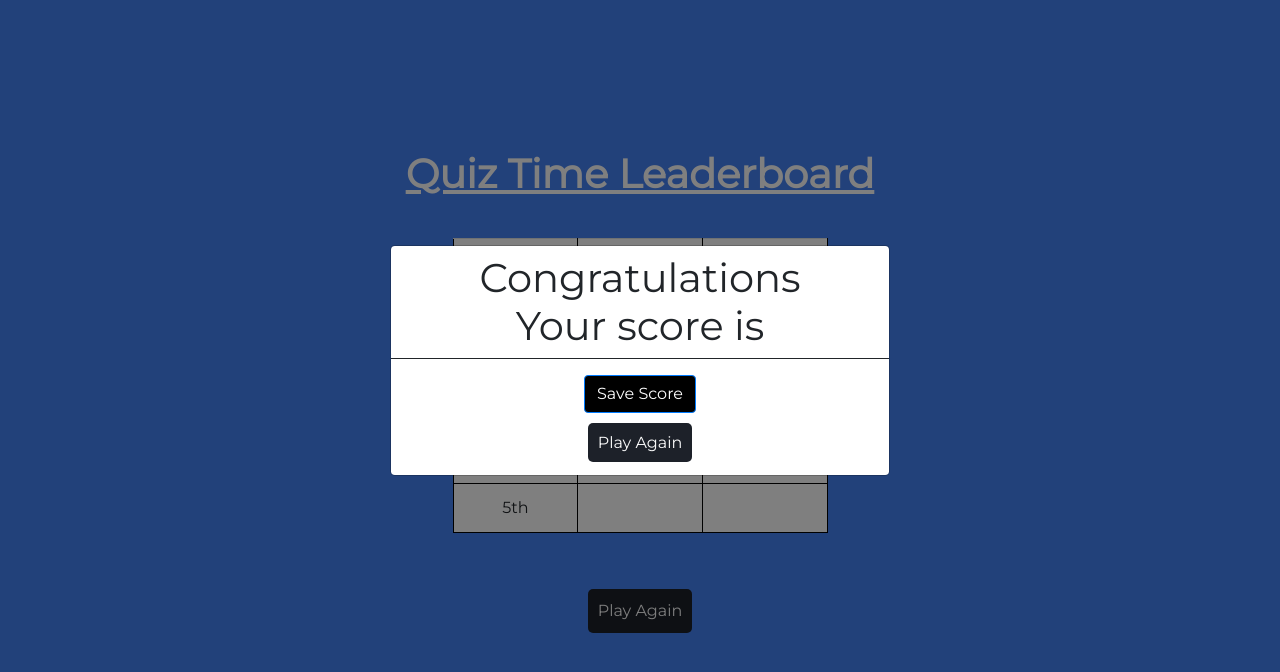
Repository: Code-Institute-Submissions/quiz-1
Page: leaderboard.html
The author's editor kept a record of every edit. The page is drawn from the files as they stood at one moment, then again after the next edit.
The browser window is 1280 px wide. The pictures show the window.
A layer covers the whole window, so only the first screen is drawn.

Above is the page before.
Console error: TypeError: Cannot set properties of null (setting 'innerHTML')

After the next edit:
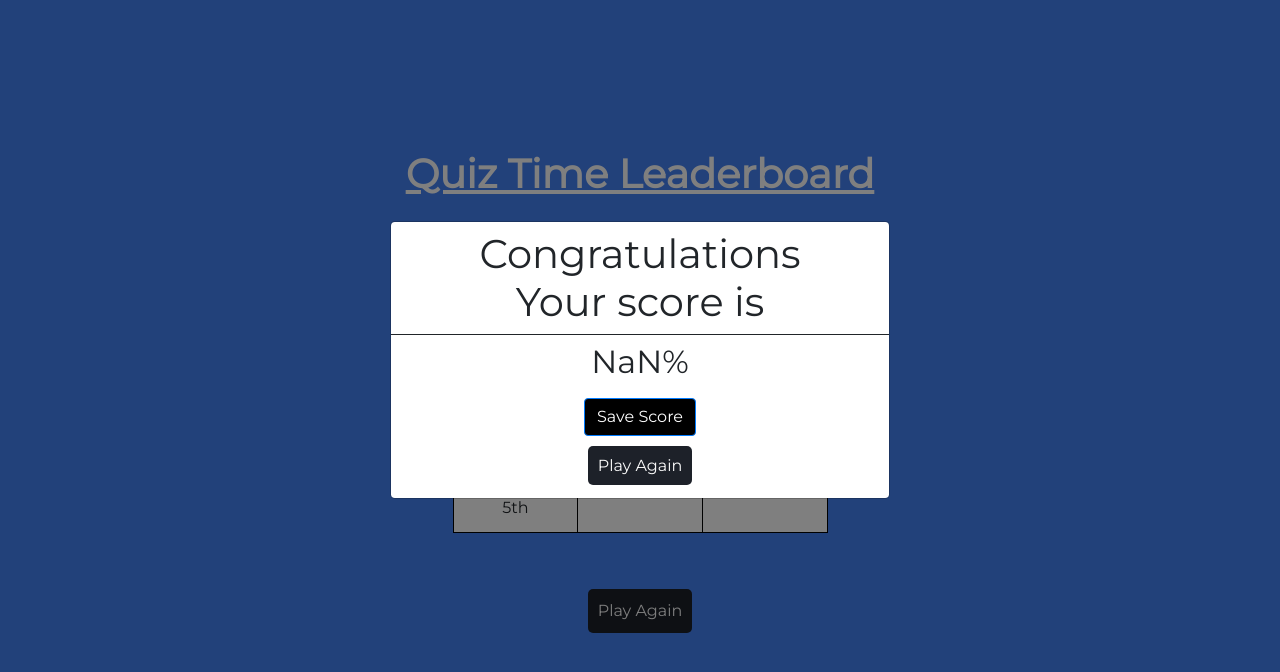
The error is gone.
The edit:
--- a/assets/js/leaderboard.js
+++ b/assets/js/leaderboard.js
@@ -13,7 +13,7 @@
 
     scorePercent = (mostRecentScore / amount) * 100;
     scorePercentRound = Math.round(scorePercent);
-    document.getElementById("scorePercent").innerHTML = scorePercent + "%";
+    document.getElementById("scorePercentRound").innerHTML = scorePercent + "%";
 }
 
 
